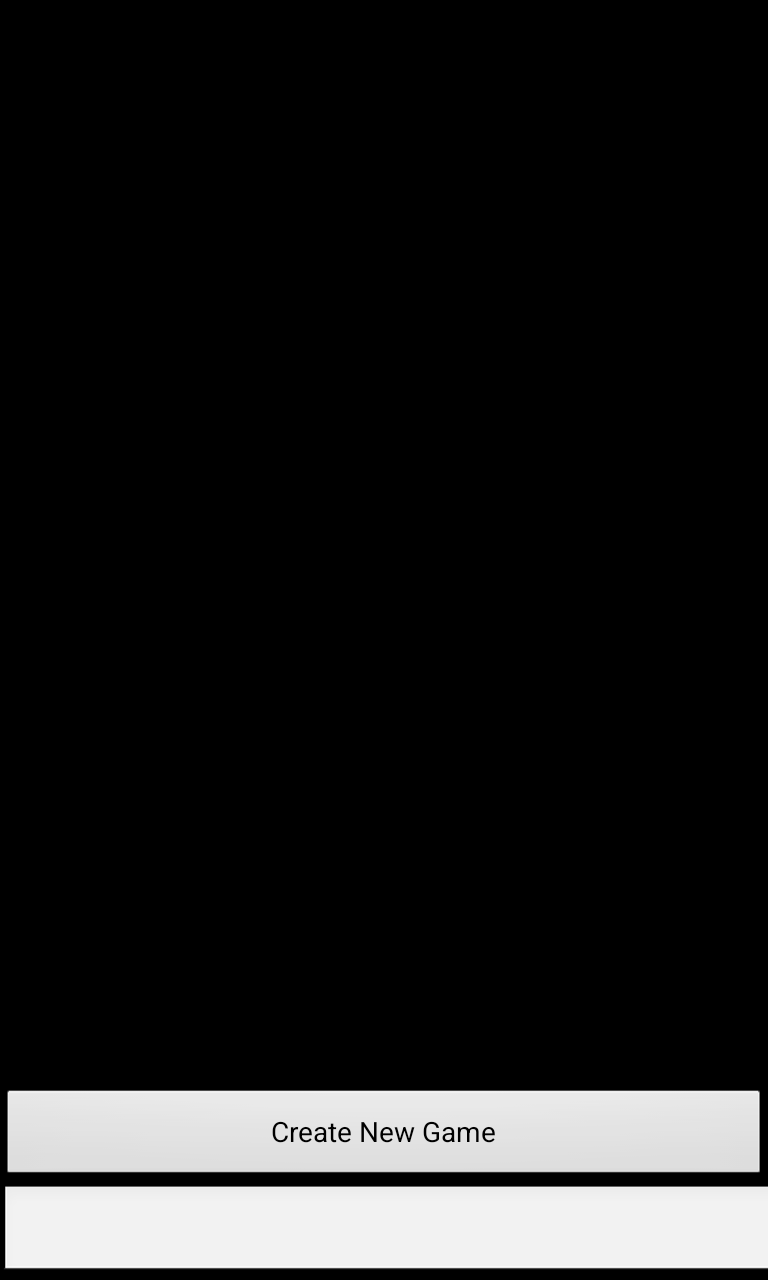
Repository: gik0geck0/AlterEgo
Layout: AlterEgo/res/layout/activity_main.xml
These files come from the project's save history. The layout is drawn as it stood at one moment and after the next save; the edit follows.
It is drawn on a 768 x 1280 px phone screen (xhdpi) without system bars, with theme android:Theme; the app's code is not run. Lists and similar views that code fills are empty.

Above is the layout before, as saved 2013-10-15 23:04:12.

### AlterEgo/res/layout/activity_main.xml
<?xml version="1.0" encoding="utf-8"?>
<LinearLayout xmlns:android="http://schemas.android.com/apk/res/android"
    android:id="@+id/main_layout"
    android:layout_width="match_parent"
    android:layout_height="match_parent"
    android:orientation="vertical" >

    <ListView
        android:id="@+id/main_game_list_view"
        android:layout_width="match_parent"
        android:layout_height="0.0dp"
        android:layout_weight="1"
        android:longClickable="true"
        android:text="@string/main_game_list_view" />

    <Button
        android:id="@+id/main_new_game"
        android:layout_width="match_parent"
        android:layout_height="wrap_content"
        android:layout_weight="0"
        android:text="@string/main_new_game" />

    <!-- Context Menu for Main -->

    <EditText
        android:id="@+id/main_context_edit"
        android:layout_width="400dip"
        android:layout_height="wrap_content"
        android:singleLine="true" />

</LinearLayout>

### AlterEgo/res/values/strings.xml
<?xml version="1.0" encoding="utf-8"?>
<resources>
	<!--  App Name -->
    <string name="app_name">AlterEgo</string>

    <!-- Flip Pages Title -->
    <string name="title_character">Character</string>
    <string name="title_inventory">Inventory</string>
    <string name="title_notes">Notes</string>


    <!-- Character -->
    <string name="nochar_tv">Create Character</string>
    <string name="nochar_button">Make New Character</string>
    <string name="char_name">Character Name</string>
    <string name="char_desc">Character Description</string>
    <string name="char_attributes">Character Attributes</string>

    <!-- Character Dialogue -->
    <string name="char_name_dial">Character Name</string>
    <string name="char_desc_dial">Character Description</string>

    <!-- Inventory -->
    <string name="inventory_list">View Inventory</string>

    <!-- Notes -->
    <string name="notes_list">View Notes</string>
    <string name="notes_add_notes">Add Note</string>

    <!-- Notes Dialogue -->
    <string name="notes_subject">Subject</string>
    <string name="notes_desc">Details</string>

    <!-- Database -->
    <string name="gameid">GAMEID</string>
    <string name="charid">CHARID</string>

    <!-- Dialogue Default Options -->
    <string name="cancel">Cancel</string>
    <string name="create">Create</string>

    <!-- Default Menu -->
    <string name="action_settings">Settings</string>

    <!-- Main Activity -->
    <string name="main_new_game">Create New Game</string>
    <string name="main_game_list_view">View Inventory</string>

    <!-- Main Activity Menu -->
    <string name="action_new_game">Create New Game</string>

    <!-- Game Activity -->

    <!-- Game Activity Menu -->
    <string name="action_new_character">Create New Character</string>

    <!-- New Game Dialogue -->
    <string name="game_name">Game Name</string>

    <!-- LongClick -->
    <string name="context_edit">Edit</string>
    <string name="context_delete">Delete</string>
</resources>

After the next save:
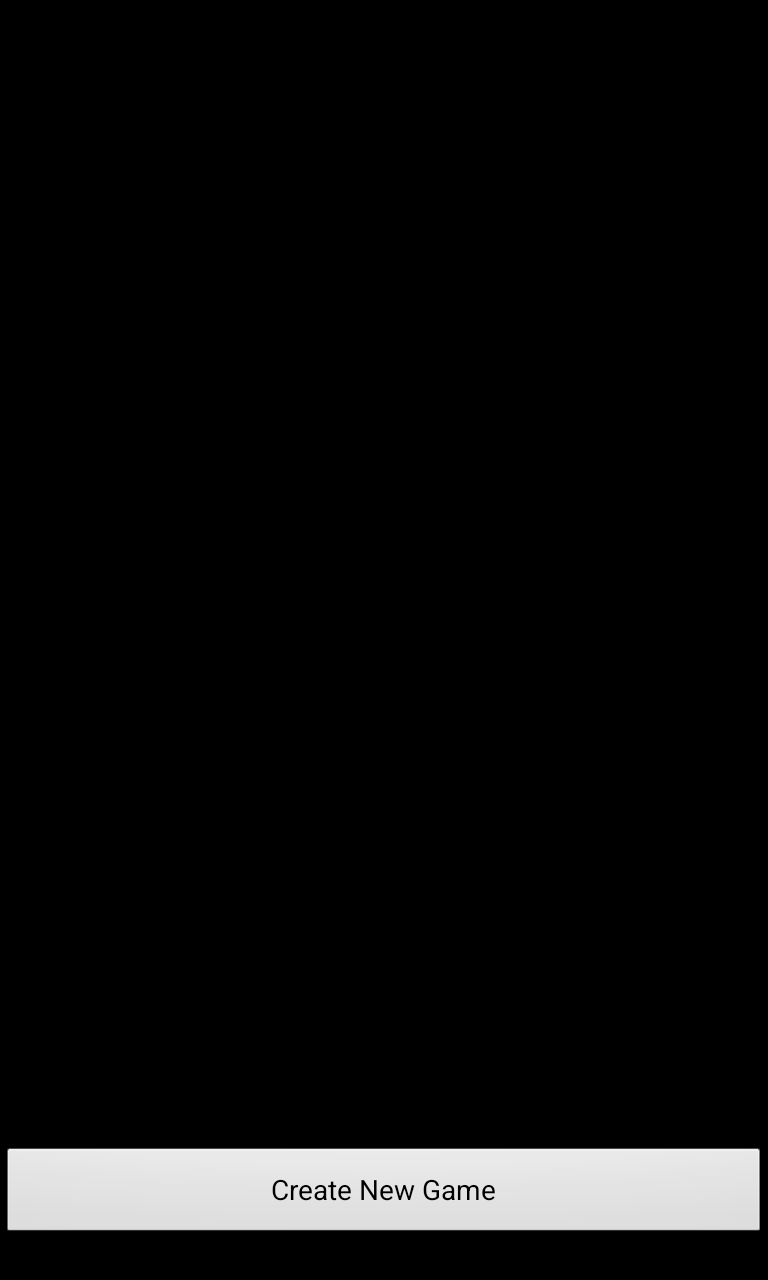
Saved 77 s later.
--- a/AlterEgo/res/layout/activity_main.xml
+++ b/AlterEgo/res/layout/activity_main.xml
@@ -22,7 +22,7 @@
 
     <!-- Context Menu for Main -->
 
-    <EditText
+    <TextView
         android:id="@+id/main_context_edit"
         android:layout_width="400dip"
         android:layout_height="wrap_content"
